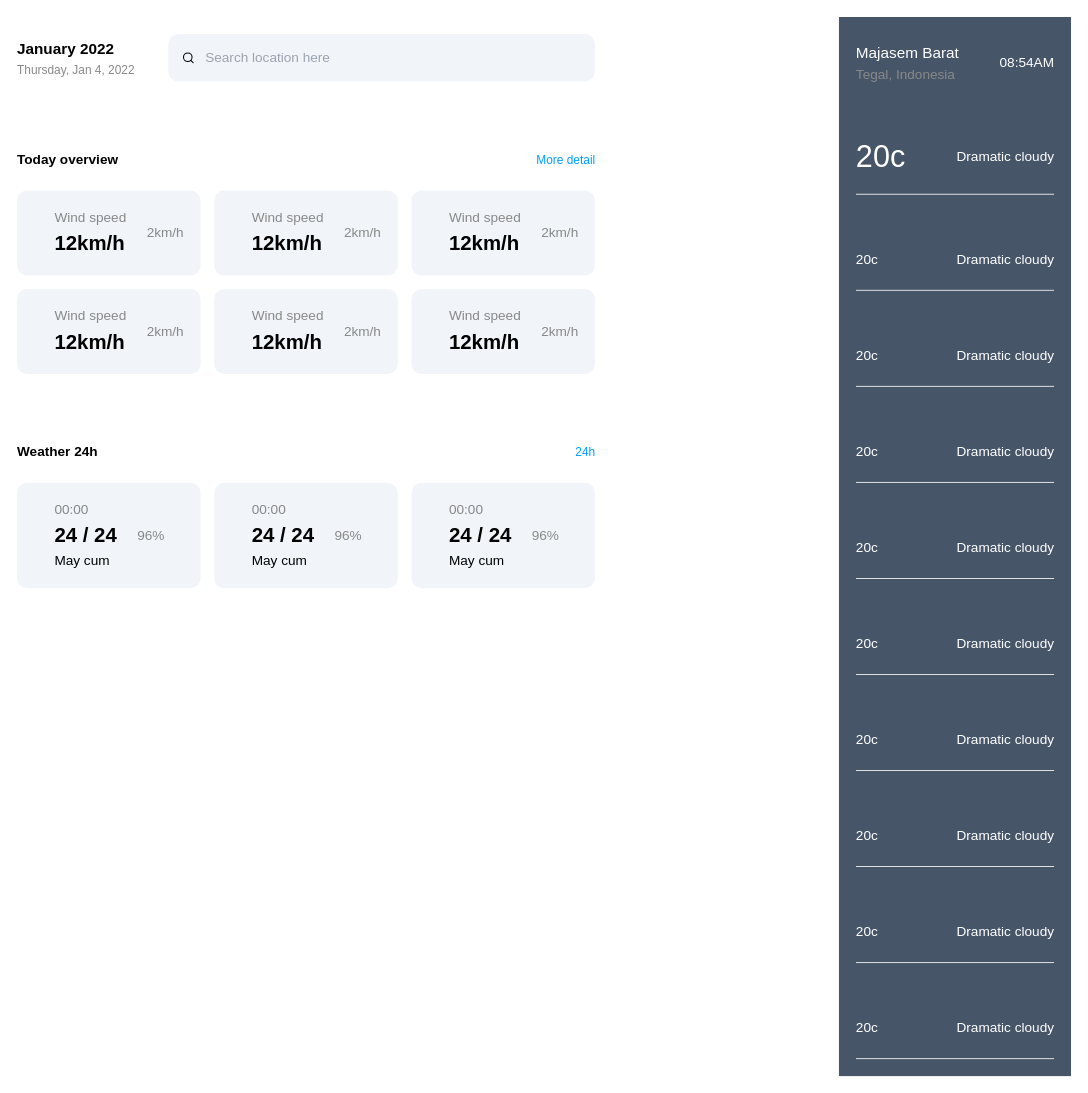
Repository: theweirdboiz/datawarehouse-ui
Page: /
These files come from the project's save history. The page is drawn as it stood at one moment and after the next save; the edit follows.
The browser window is 1280 px wide. The pictures show the whole page, at 85% of full size.
The project was rebuilt for these pictures with package versions that can differ from the ones it lists, and the page was loaded fresh each time. Also part of the build but not shown: vite.config.js.

Above is the page before, as saved 2022-11-23 19:23:16.

### index.html
<!DOCTYPE html>
<html lang="en">
  <head>
    <meta charset="UTF-8" />
    <link rel="icon" type="image/svg+xml" href="/vite.svg" />
    <meta name="viewport" content="width=device-width, initial-scale=1.0" />
    <title>Weather - Datawarehouse</title>
  </head>
  <body>
    <div id="root"></div>
    <script type="module" src="/src/main.jsx"></script>
  </body>
</html>

### src/App.jsx
import { useState } from "react";
import { FiSearch } from "react-icons/fi";

function App() {
  const date = "font-[900] text-lg";
  const detailDate = "text-sm text-[#888]";

  const contentTop = "mt-[20px] flex items-center gap-x-10 mb-20";
  const contentSearch =
    "content__search p-4 flex items-center gap-x-3 flex-1 rounded-xl bg-slate-100";

  return (
    <div className="p-5 mx-auto max-w-7xl">
      <div className="flex justify-between">
        <section className="content max-w-3xl">
          <div className={contentTop}>
            <div className="flex-col">
              <h3 className={date}>January 2022</h3>
              <div className={detailDate}>Thursday, Jan 4, 2022</div>
            </div>
            <div className={contentSearch}>
              <FiSearch />
              <input
                className="w-full bg-transparent"
                type="text"
                placeholder="Search location here"
              />
            </div>
          </div>
          <div className="content__detail mb-20">
            <div className="flex items-center justify-between">
              <h4 className="font-semibold">Today overview</h4>
              <div className="">
                <button className="text-sm font-medium text-[#009EFF]">
                  More detail
                </button>
              </div>
            </div>
            <div>
              <div className="content__detail-box grid grid-cols-3 gap-4 mt-6">
                <div className="content__detail-item p-5 flex items-center gap-x-6 bg-slate-100 rounded-xl">
                  <i></i>
                  <div className="speed flex flex-col">
                    <h4 className="text-[#888]">Wind speed</h4>
                    <span className="text-[24px] font-semibold">12km/h</span>
                  </div>
                  <span className="text-[#888]">2km/h</span>
                </div>
                <div className="content__detail-item p-5 flex items-center gap-x-6 bg-slate-100 rounded-xl">
                  <i></i>
                  <div className="speed flex flex-col">
                    <h4 className="text-[#888]">Wind speed</h4>
                    <span className="text-[24px] font-semibold">12km/h</span>
                  </div>
                  <span className="text-[#888]">2km/h</span>
                </div>
                <div className="content__detail-item p-5 flex items-center gap-x-6 bg-slate-100 rounded-xl">
                  <i></i>
                  <div className="speed flex flex-col">
                    <h4 className="text-[#888]">Wind speed</h4>
                    <span className="text-[24px] font-semibold">12km/h</span>
                  </div>
                  <span className="text-[#888]">2km/h</span>
                </div>
                <div className="content__detail-item p-5 flex items-center gap-x-6 bg-slate-100 rounded-xl">
                  <i></i>
                  <div className="speed flex flex-col">
                    <h4 className="text-[#888]">Wind speed</h4>
                    <span className="text-[24px] font-semibold">12km/h</span>
                  </div>
                  <span className="text-[#888]">2km/h</span>
                </div>
                <div className="content__detail-item p-5 flex items-center gap-x-6 bg-slate-100 rounded-xl">
                  <i></i>
                  <div className="speed flex flex-col">
                    <h4 className="text-[#888]">Wind speed</h4>
                    <span className="text-[24px] font-semibold">12km/h</span>
                  </div>
                  <span className="text-[#888]">2km/h</span>
                </div>
                <div className="content__detail-item p-5 flex items-center gap-x-6 bg-slate-100 rounded-xl">
                  <i></i>
                  <div className="speed flex flex-col">
                    <h4 className="text-[#888]">Wind speed</h4>
                    <span className="text-[24px] font-semibold">12km/h</span>
                  </div>
                  <span className="text-[#888]">2km/h</span>
                </div>
              </div>
            </div>
          </div>
          <div className="content__detail mb-20">
            <div className="flex items-center justify-between">
              <h4 className="font-semibold">Weather 24h</h4>
              <div className="">
                <button className="text-sm font-medium text-[#009EFF]">
                  24h
                </button>
              </div>
            </div>
            <div>
              <div className="content__detail-box grid grid-cols-3 gap-4 mt-6">
                <div className="content__detail-item p-5 flex items-center gap-x-6 bg-slate-100 rounded-xl">
                  <i></i>
                  <div className="speed flex flex-col">
                    <h4 className="text-[#888]">00:00</h4>
                    <span className="text-[24px] font-semibold">24 / 24</span>
                    <span>May cum</span>
                  </div>
                  <span className="text-[#888]">96%</span>
                </div>
                <div className="content__detail-item p-5 flex items-center gap-x-6 bg-slate-100 rounded-xl">
                  <i></i>
                  <div className="speed flex flex-col">
                    <h4 className="text-[#888]">00:00</h4>
                    <span className="text-[24px] font-semibold">24 / 24</span>
                    <span>May cum</span>
                  </div>
                  <span className="text-[#888]">96%</span>
                </div>
                <div className="content__detail-item p-5 flex items-center gap-x-6 bg-slate-100 rounded-xl">
                  <i></i>
                  <div className="speed flex flex-col">
                    <h4 className="text-[#888]">00:00</h4>
                    <span className="text-[24px] font-semibold">24 / 24</span>
                    <span>May cum</span>
                  </div>
                  <span className="text-[#888]">96%</span>
                </div>
              </div>
            </div>
          </div>
        </section>
        <section className="content__right text-white">
          <div className="bg-slate-600 p-5">
            <div className="flex items-center gap-x-12 justify-between mt-2 mb-5 ">
              <div className="flex flex-col">
                <h3 className="text-lg">Majasem Barat</h3>
                <span className="text-[#888]">Tegal, Indonesia</span>
              </div>
              <h4>08:54AM</h4>
            </div>
            <div className="mt-16 flex justify-between items-center border-b-[1px] border-[#f8f8f8] pb-6">
              <div className="">
                <h2 className="text-4xl">20c</h2>
              </div>
              <h3>Dramatic cloudy</h3>
            </div>
            <div className="mt-16 flex justify-between items-center border-b-[1px] border-[#f8f8f8] pb-6">
              <div className="">
                <h2 className="text-texportxl">20c</h2>
              </div>
              <h3>Dramatic cloudy</h3>
            </div>
            <div className="mt-16 flex justify-between items-center border-b-[1px] border-[#f8f8f8] pb-6">
              <div className="">
                <h2 className="text-texportxl">20c</h2>
              </div>
              <h3>Dramatic cloudy</h3>
            </div>
            <div className="mt-16 flex justify-between items-center border-b-[1px] border-[#f8f8f8] pb-6">
              <div className="">
                <h2 className="text-texportxl">20c</h2>
              </div>
              <h3>Dramatic cloudy</h3>
            </div>
            <div className="mt-16 flex justify-between items-center border-b-[1px] border-[#f8f8f8] pb-6">
              <div className="">
                <h2 className="text-texportxl">20c</h2>
              </div>
              <h3>Dramatic cloudy</h3>
            </div>
            <div className="mt-16 flex justify-between items-center border-b-[1px] border-[#f8f8f8] pb-6">
              <div className="">
                <h2 className="text-texportxl">20c</h2>
              </div>
              <h3>Dramatic cloudy</h3>
            </div>
            <div className="mt-16 flex justify-between items-center border-b-[1px] border-[#f8f8f8] pb-6">
              <div className="">
                <h2 className="text-texportxl">20c</h2>
              </div>
              <h3>Dramatic cloudy</h3>
            </div>
            <div className="mt-16 flex justify-between items-center border-b-[1px] border-[#f8f8f8] pb-6">
              <div className="">
                <h2 className="text-texportxl">20c</h2>
              </div>
              <h3>Dramatic cloudy</h3>
            </div>
            <div className="mt-16 flex justify-between items-center border-b-[1px] border-[#f8f8f8] pb-6">
              <div className="">
                <h2 className="text-texportxl">20c</h2>
              </div>
              <h3>Dramatic cloudy</h3>
            </div>
            <div className="mt-16 flex justify-between items-center border-b-[1px] border-[#f8f8f8] pb-6">
              <div className="">
                <h2 className="text-texportxl">20c</h2>
              </div>
              <h3>Dramatic cloudy</h3>
            </div>
          </div>
        </section>
      </div>
    </div>
  );
}

export default App;

### src/index.scss
@tailwind base;
@tailwind components;
@tailwind utilities;

@layer base {
  @import url("https://fonts.googleapis.com/css2?family=Poppins:wght@300;500;600;900&display=swap");

  *,
  *::before,
  *::after {
    box-sizing: border-box;
  }
  * {
    margin: 0;
    padding: 0;
  }
  body {
    line-height: 1.5;
    font-family: "Poppins", sans-serif;
  }
  img,
  picture,
  video,
  canvas,
  svg {
    display: block;
    max-width: 100%;
  }
  input,
  button,
  textarea,
  select {
    outline: none;
  }
  p,
  h1,
  h2,
  h3,
  h4,
  h5,
  h6 {
    overflow-wrap: break-word;
  }
}

Loaded but not shown: src/main.jsx (common file); tailwind.config.cjs (common file)

After the next save:
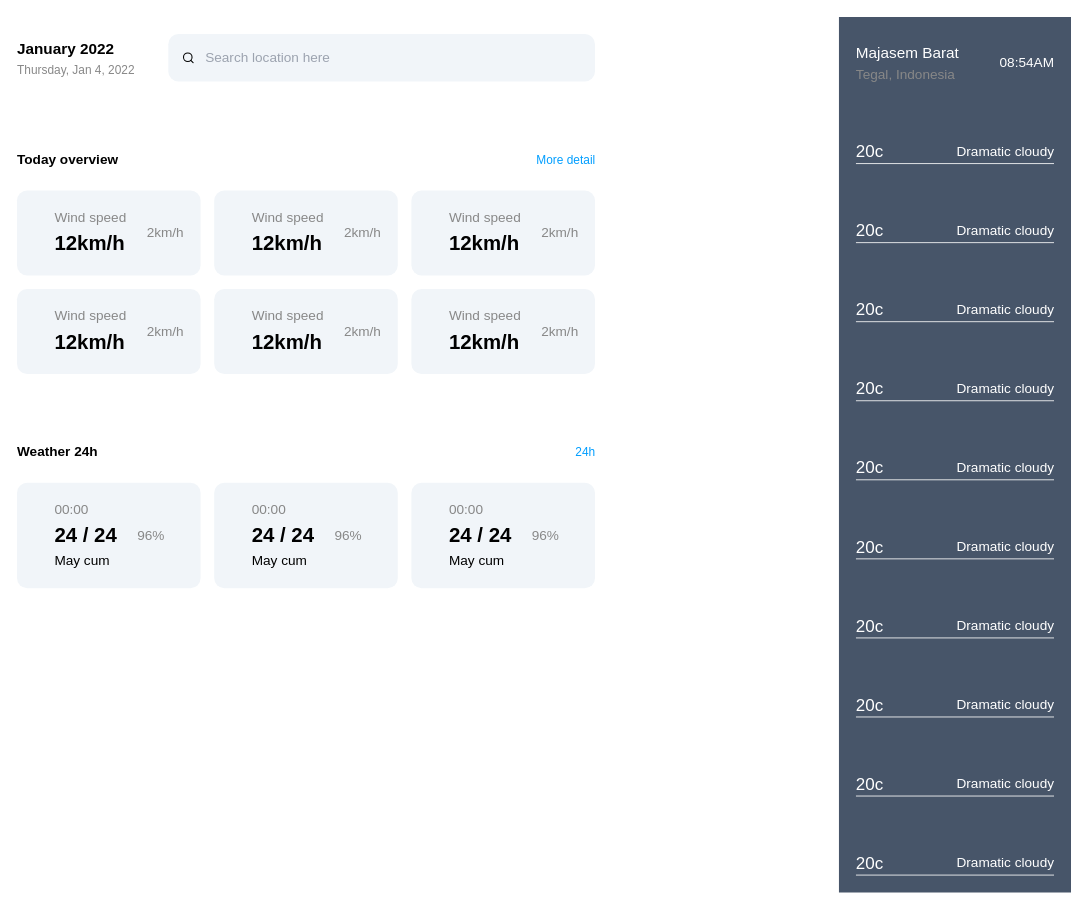
Saved 46 s later.
--- a/src/App.jsx
+++ b/src/App.jsx
@@ -140,63 +140,63 @@ function App() {
               </div>
               <h4>08:54AM</h4>
             </div>
-            <div className="mt-16 flex justify-between items-center border-b-[1px] border-[#f8f8f8] pb-6">
-              <div className="">
-                <h2 className="text-4xl">20c</h2>
-              </div>
-              <h3>Dramatic cloudy</h3>
-            </div>
-            <div className="mt-16 flex justify-between items-center border-b-[1px] border-[#f8f8f8] pb-6">
-              <div className="">
-                <h2 className="text-texportxl">20c</h2>
-              </div>
-              <h3>Dramatic cloudy</h3>
-            </div>
-            <div className="mt-16 flex justify-between items-center border-b-[1px] border-[#f8f8f8] pb-6">
-              <div className="">
-                <h2 className="text-texportxl">20c</h2>
-              </div>
-              <h3>Dramatic cloudy</h3>
-            </div>
-            <div className="mt-16 flex justify-between items-center border-b-[1px] border-[#f8f8f8] pb-6">
-              <div className="">
-                <h2 className="text-texportxl">20c</h2>
-              </div>
-              <h3>Dramatic cloudy</h3>
-            </div>
-            <div className="mt-16 flex justify-between items-center border-b-[1px] border-[#f8f8f8] pb-6">
-              <div className="">
-                <h2 className="text-texportxl">20c</h2>
-              </div>
-              <h3>Dramatic cloudy</h3>
-            </div>
-            <div className="mt-16 flex justify-between items-center border-b-[1px] border-[#f8f8f8] pb-6">
-              <div className="">
-                <h2 className="text-texportxl">20c</h2>
-              </div>
-              <h3>Dramatic cloudy</h3>
-            </div>
-            <div className="mt-16 flex justify-between items-center border-b-[1px] border-[#f8f8f8] pb-6">
-              <div className="">
-                <h2 className="text-texportxl">20c</h2>
-              </div>
-              <h3>Dramatic cloudy</h3>
-            </div>
-            <div className="mt-16 flex justify-between items-center border-b-[1px] border-[#f8f8f8] pb-6">
-              <div className="">
-                <h2 className="text-texportxl">20c</h2>
-              </div>
-              <h3>Dramatic cloudy</h3>
-            </div>
-            <div className="mt-16 flex justify-between items-center border-b-[1px] border-[#f8f8f8] pb-6">
-              <div className="">
-                <h2 className="text-texportxl">20c</h2>
-              </div>
-              <h3>Dramatic cloudy</h3>
-            </div>
-            <div className="mt-16 flex justify-between items-center border-b-[1px] border-[#f8f8f8] pb-6">
-              <div className="">
-                <h2 className="text-texportxl">20c</h2>
+            <div className="mt-16 flex justify-between items-center border-b-[1px] border-[#f8f8f8]">
+              <div className="">
+                <h2 className="text-xl">20c</h2>
+              </div>
+              <h3>Dramatic cloudy</h3>
+            </div>
+            <div className="mt-16 flex justify-between items-center border-b-[1px] border-[#f8f8f8]">
+              <div className="">
+                <h2 className="text-xl">20c</h2>
+              </div>
+              <h3>Dramatic cloudy</h3>
+            </div>
+            <div className="mt-16 flex justify-between items-center border-b-[1px] border-[#f8f8f8]">
+              <div className="">
+                <h2 className="text-xl">20c</h2>
+              </div>
+              <h3>Dramatic cloudy</h3>
+            </div>
+            <div className="mt-16 flex justify-between items-center border-b-[1px] border-[#f8f8f8]">
+              <div className="">
+                <h2 className="text-xl">20c</h2>
+              </div>
+              <h3>Dramatic cloudy</h3>
+            </div>
+            <div className="mt-16 flex justify-between items-center border-b-[1px] border-[#f8f8f8]">
+              <div className="">
+                <h2 className="text-xl">20c</h2>
+              </div>
+              <h3>Dramatic cloudy</h3>
+            </div>
+            <div className="mt-16 flex justify-between items-center border-b-[1px] border-[#f8f8f8]">
+              <div className="">
+                <h2 className="text-xl">20c</h2>
+              </div>
+              <h3>Dramatic cloudy</h3>
+            </div>
+            <div className="mt-16 flex justify-between items-center border-b-[1px] border-[#f8f8f8]">
+              <div className="">
+                <h2 className="text-xl">20c</h2>
+              </div>
+              <h3>Dramatic cloudy</h3>
+            </div>
+            <div className="mt-16 flex justify-between items-center border-b-[1px] border-[#f8f8f8]">
+              <div className="">
+                <h2 className="text-xl">20c</h2>
+              </div>
+              <h3>Dramatic cloudy</h3>
+            </div>
+            <div className="mt-16 flex justify-between items-center border-b-[1px] border-[#f8f8f8]">
+              <div className="">
+                <h2 className="text-xl">20c</h2>
+              </div>
+              <h3>Dramatic cloudy</h3>
+            </div>
+            <div className="mt-16 flex justify-between items-center border-b-[1px] border-[#f8f8f8]">
+              <div className="">
+                <h2 className="text-xl">20c</h2>
               </div>
               <h3>Dramatic cloudy</h3>
             </div>
